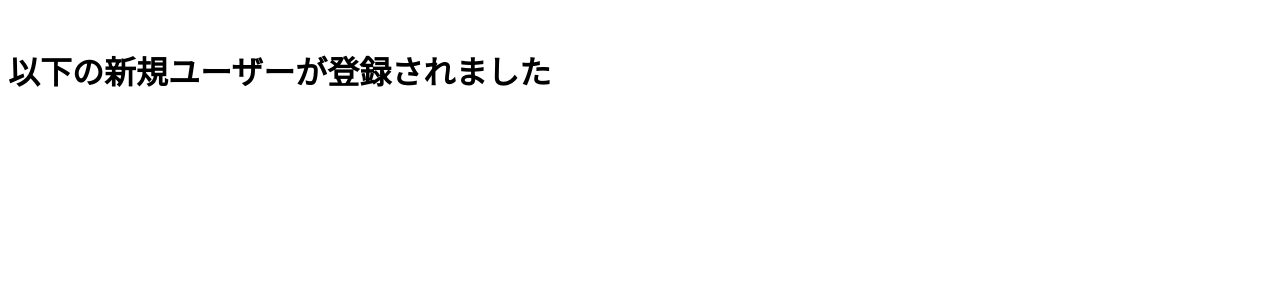
Repository: user10112018/test
Page: http://localhost/WebProj5/TestAction.action
The author's editor kept a copy of each file at every save. The page is drawn from the files as they stood at one save, then again after the next save.
The browser window is 1280 px wide. The pictures show the whole page.
The page is served by Tomcat 9. Other server files are loaded and not shown. The database holds what the project's SQL file puts in it.

Above is the page before, as saved 2018-10-22 06:33:47.

### WebProj5/WebContent/test.jsp
<%@ page language="java" contentType="text/html; charset=UTF-8"
    pageEncoding="UTF-8"%>
<%@ taglib prefix="s" uri="/struts-tags" %>
<!DOCTYPE html>
<html>
<head>
<meta charset="UTF-8">
<link rel="stylesheet" type="text/css" href="./css/style.css">
<title>TEST</title>
</head>


<body>

<br>
<h1>以下の新規ユーザーが登録されました</h1>

<br>
<table>
<tbody>
<tr>

<th>USERNAME</th>
<th>PASSWORD</th>

</tr>

<s:iterator value="#session.loinDTOList">

<tr>
<td><s:property value="username"/></td>
<td><s:property value="password"/></td>
</tr>


</s:iterator>


</tbody>
</table>

</body>
</html>

### WebProj5/src/com/internousdev/webproj5/dao/TestDAO.java
package com.internousdev.webproj5.dao;


import java.sql.Connection;
import java.sql.PreparedStatement;
import java.sql.ResultSet;
import java.sql.SQLException;
import java.util.ArrayList;
import java.util.List;

import com.internousdev.webproj5.dto.LoginDTO;
import com.internousdev.webproj5.util.DBConnector;


public class TestDAO {

	public List<LoginDTO> loginDTOList = new ArrayList<LoginDTO>();

	public int insert(String username,String password){

		int ret = 0;
		DBConnector db = new DBConnector();
		Connection con = db.getConnection();

		String sql = "insert into users(user_name, password) values(?,?)";

		try {
			PreparedStatement ps = con.prepareStatement(sql);
			ps.setString(1, username);
			ps.setString(2, password);
			int i = ps.executeUpdate();

			if(i>0){
				System.out.println(i + "件登録されました");
				ret = i;
			}
		} catch(SQLException e) {
			e.printStackTrace();
		}

		try {
			con.close();
		} catch (SQLException e){
			e.printStackTrace();
		}
		return ret;
	}

	public List<LoginDTO> select(String username, String password) {
		DBConnector db = new DBConnector();
		Connection con = db.getConnection();

		String sql = "select * from users where user_name=? and password=?";

		try {
			PreparedStatement ps = con.prepareStatement(sql);
			ps.setString(1, username);
			ps.setString(2, password);
			ResultSet rs = ps.executeQuery();

			while (rs.next()){
				LoginDTO dto = new LoginDTO();
				dto.setUsername(rs.getString("user_name"));
				dto.setPassword(rs.getString("password"));
				loginDTOList.add(dto);
			}

			if (loginDTOList.size()<=0){
				LoginDTO dto = new LoginDTO();
				dto.setUsername("該当なし");
				dto.setPassword("該当なし");
				loginDTOList.add(dto);
			}
		} catch (SQLException e) {
			e.printStackTrace();
		}
		try {
			con.close();
		} catch (SQLException e) {
			e.printStackTrace();
		}
		return loginDTOList;
	}
}

### WebProj5/src/com/internousdev/webproj5/util/DBConnector.java
package com.internousdev.webproj5.util;

import java.sql.Connection;
import java.sql.DriverManager;
import java.sql.SQLException;


public class DBConnector {

/**
 *   JDBCドライバー名
 */
private static String driverName = "com.mysql.jdbc.Driver";

/**
 *   データベース接続URL
 */
private static String url = "jdbc:mysql://localhost/testdb_5";

/**
 *   データベース接続ユーザー名
 */
private static String user = "root";

/**
 *   データベース接続パスワード
 */
private static String password = "mysql";


public Connection getConnection(){

	Connection con = null;
	try {

		Class.forName(driverName);
		con = DriverManager.getConnection(url,user,password);
	} catch (ClassNotFoundException e) {
		e.printStackTrace();
	} catch (SQLException e){
		e.printStackTrace();
	}
	return con;
}


}

### WebProj5/src/com/internousdev/webproj5/dto/LoginDTO.java
package com.internousdev.webproj5.dto;

public class LoginDTO {

	private String username;
	private String password;

	public String getUsername(){
		return username;
	}

	public void setUsername(String username){
		this.username = username;
	}

	public String getPassword(){
		return password;
	}

	public void setPassword(String password){
		this.password = password;
	}

}

### WebProj5/WebContent/css/style.css
@CHARSET "UTF-8";

table {
	width: auto;
	border-spacing: 0;
	font-size: 14px;
}

table th {
	color: #fff;
	padding: 8px 15px;
	background: #258
	background:-moz-linear-gradient(rgba(34,85,136,0.7), rgba(34,85,136,0.9) 50%);
	background:-webkit-gradient(linear, 100% 0% 100% 50%, from(rgba(34,85,136,0.7),to(rgba(34,85,136,0.9)));
	font-weight: bold;
	border-left: 1px solid #258;
	border-top: 1px solid #258;
	line-height: 120%;
	text-align: center;
	text-shadow: 0 -1px 0 rgba(34,85,136,0.9);
	box-shadow: 0px 1px 1px rgba(255,255,255,0.3) inset;
}

table th:first-child {
	border-radius: 5px 0 0 0;
}

table th:last-child {
	border-radius: 0 5px 0 0 ;
	border-right: 1px solid #258;
	box-shadow: 2px 2px 1px rgba(0,0,0,0.1), 0px 1px 1px rgba(255,255,255,0.3) inset;
}

table tr td {
	padding: 8px 15px;
	border-bottom: 1px solid #84b2e0;
	border-left: 1px solid #84b2e0;
	text-align: center;
}

table tr td:last-child {
	border-right: 1px solid #84b2e0;
	box-shadow: 2px 2px 1px rgba(0,0,0,0.1);
}

table tr {
	background: #fff;
}

table tr:nth-child(2n+1) {
	background: #f1f6fc;
}

table tr:last-child td {
	box-shadow: 2px 2px 1px rgba(0,0,0,0.1);
}

table tr:last-child td:first-child {
	border-radius: 0 0 0 5px;
}

table tr:last-child td:last-child {
	border-radius: 0 0 5px 0;
}

table tr:hover {
	backgroud: #bbd4ee;
	cursor: pointer;
}

### WebProj5/sql/testdb_5.sql (the tables this page reads)
create table users(
user_id int primary key auto_increment,
user_name varchar(255),
password varchar(255)
);

insert into users values(1,"taro","123");

insert into users values(2,"jiro","456");

insert into users values(3,"hanako","789");

insert into users values(4,"saburo","012");

insert into users values(5,"shiro","034");

After the next save:
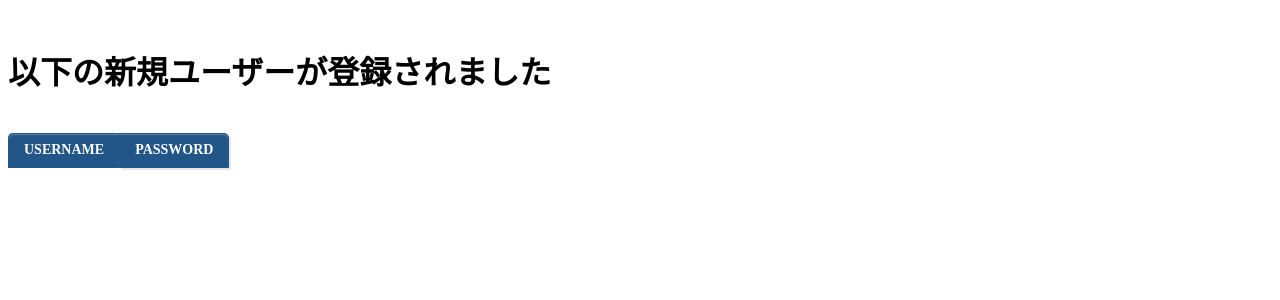
Saved 16 min 45 s later.
--- a/WebProj5/WebContent/css/style.css
+++ b/WebProj5/WebContent/css/style.css
@@ -9,24 +9,25 @@ table {
 table th {
 	color: #fff;
 	padding: 8px 15px;
-	background: #258
+	background: #258;
 	background:-moz-linear-gradient(rgba(34,85,136,0.7), rgba(34,85,136,0.9) 50%);
-	background:-webkit-gradient(linear, 100% 0% 100% 50%, from(rgba(34,85,136,0.7),to(rgba(34,85,136,0.9)));
+	background:-webkit-gradient(linear, 100% 0% 100% 50%, from(rgba(34, 85,136,0.7)),to(rgba(34,85,136,0.9)));
 	font-weight: bold;
 	border-left: 1px solid #258;
 	border-top: 1px solid #258;
+	border-bottom: 1px solid #258;
 	line-height: 120%;
 	text-align: center;
-	text-shadow: 0 -1px 0 rgba(34,85,136,0.9);
+	text-shadow:0 -1px 0 rgba(34, 85, 136, 0.9);
 	box-shadow: 0px 1px 1px rgba(255,255,255,0.3) inset;
 }
 
-table th:first-child {
+table th:first-child{
 	border-radius: 5px 0 0 0;
 }
 
-table th:last-child {
-	border-radius: 0 5px 0 0 ;
+table th:last-child{
+	border-radius: 0 5px 0 0;
 	border-right: 1px solid #258;
 	box-shadow: 2px 2px 1px rgba(0,0,0,0.1), 0px 1px 1px rgba(255,255,255,0.3) inset;
 }
@@ -38,32 +39,32 @@ table tr td {
 	text-align: center;
 }
 
-table tr td:last-child {
+table tr td:last-child{
 	border-right: 1px solid #84b2e0;
-	box-shadow: 2px 2px 1px rgba(0,0,0,0.1);
+	box-shadow 2px 2px 1px rgba(0,0,0,0.1);
 }
 
 table tr {
 	background: #fff;
 }
 
-table tr:nth-child(2n+1) {
+table tr:nth-child(2n+1){
 	background: #f1f6fc;
 }
 
-table tr:last-child td {
+table tr:last-child td{
 	box-shadow: 2px 2px 1px rgba(0,0,0,0.1);
 }
 
-table tr:last-child td:first-child {
+table tr:last-child td:first-child{
 	border-radius: 0 0 0 5px;
 }
 
-table tr:last-child td:last-child {
+table tr:last-child td:last-child{
 	border-radius: 0 0 5px 0;
 }
 
 table tr:hover {
-	backgroud: #bbd4ee;
+	background: #bbd4ee;
 	cursor: pointer;
 }
